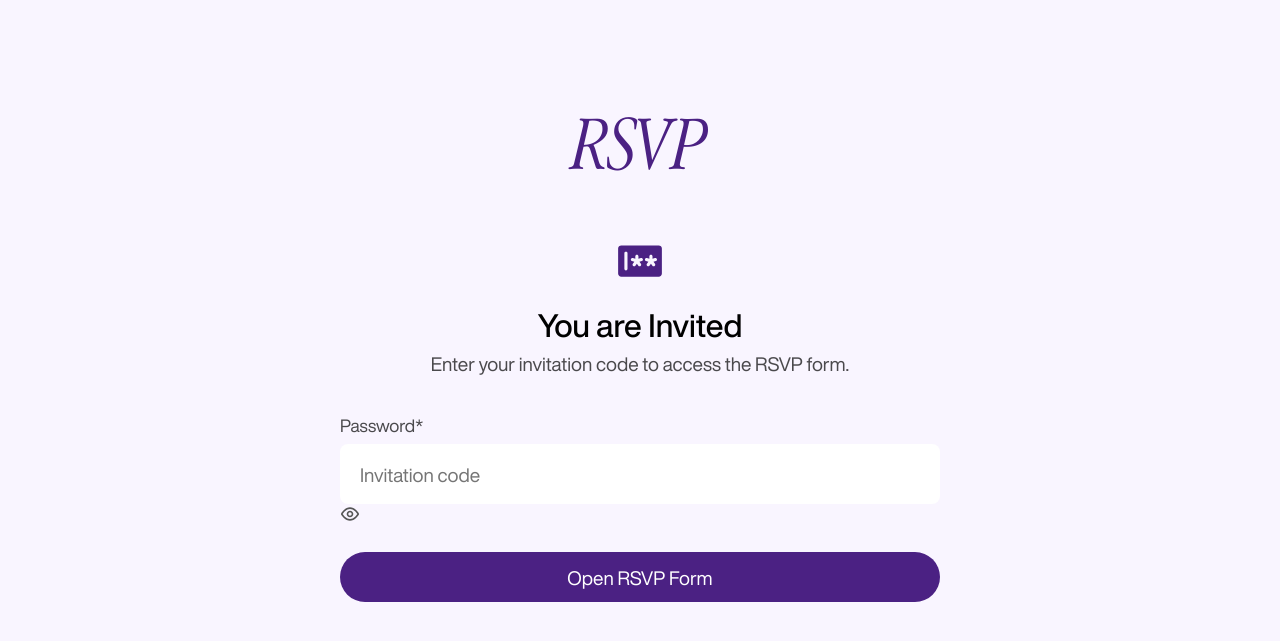
Repository: lafami2026/lafami2026
Page: /
These files come from the project's save history. The page is drawn as it stood at one moment and after a run of saves; the edit follows.
The browser window is 1280 px wide. The pictures show the whole page.
The project was rebuilt for these pictures with package versions that can differ from the ones it lists, and the page was loaded fresh each time. The framework's server and built-in components were replaced by stand-ins that run in the browser. Also part of the build but not shown: next.config.ts, styles/HomePage/forminput.module.scss, components/FormInput.tsx, utils/Icons/DoubleLove.tsx, components/AttendanceRadio.tsx, components/RSVPBox.tsx, utils/Icons/EyeOff.tsx.

Above is the page before, as saved 2026-06-01 13:50:29.

### app/layout.tsx
import type { Metadata } from "next";
import localFont from "next/font/local";
import "../styles/globals.scss";

const regular = localFont({
  src: "./fonts/HelveticaNowDisplay-Regular.ttf",
  variable: "--regular-font",
});

const medium = localFont({
  src: "./fonts/HelveticaNowDisplay-Medium.ttf",
  variable: "--medium-font",
});

const bold = localFont({
  src: "./fonts/HelveticaNowDisplay-Bold.ttf",
  variable: "--bold-font",
});

const garamond = localFont({
  src: "./fonts/AppleGaramond-LightItalic.ttf",
  variable: "--garamond-font",
});

const corsiva = localFont({
  src: "./fonts/Monotype-Corsiva-Regular.ttf",
  variable: "--corsiva-font",
});

export const metadata: Metadata = {
  title: "La FaMi",
  description: "Generated by create next app",
};

export default function RootLayout({
  children,
}: Readonly<{
  children: React.ReactNode;
}>) {
  return (
    <html
      lang="en"
      className={`${regular.variable} ${medium.variable} ${bold.variable} ${garamond.variable} ${corsiva.variable}`}
    >
      <body>{children}</body>
    </html>
  );
}

### app/page.tsx
import Image from "next/image";
import { HomePageWrapper } from "@/components";

export default function Home() {
  return <HomePageWrapper />;
}

### styles/globals.scss
/*=============== VARIABLES SCSS ===============*/
:root {
  --purple: #4B2183;
  --lightpurple: #F9F5FF;
  --text-color: rgba(0,0,0,0.7);
  --body-color: #ffffff;

  /*========== Font and typography ==========*/
  /*.5rem = 8px | 1rem = 16px ...*/

  --70-font-size: 4.5rem;
  --50-font-size: 3.25rem;
  --40-font-size: 2.85rem;
  --30-font-size: 2rem;
  --20-font-size: 1.4rem;
  --normal-font-size: 1.2rem;
  --small-font-size: 0.8rem;
  --smaller-font-size: 0.7rem;
}

/* Responsive typography */
@media screen and (max-width: 1088px) {
  :root {
    --70-font-size: 3.75rem;
    --50-font-size: 2.9rem;
    --40-font-size: 2.25rem;
    --30-font-size: 1.5rem;
    --20-font-size: 1.25rem;
    --normal-font-size: 1.1rem;
    --small-font-size: 0.7rem;
    --smaller-font-size: 0.6rem;
  }
}

@media screen and (max-width: 628px) {
  :root {
    --70-font-size: 3.25rem;
    --50-font-size: 2.5rem;
    --40-font-size: 1.75rem;
    --30-font-size: 1.35rem;
    --20-font-size: 1.125rem;
    --normal-font-size: 1rem;
    --small-font-size: 0.65rem;
    --smaller-font-size: 0.55rem;
  }
}

/*=============== BASE ===============*/
* {
  box-sizing: border-box;
  padding: 0;
  margin: 0;
  scrollbar-width: none;

  &::-webkit-scrollbar {
    display: none;
  }
}

html {
  scroll-behavior: auto;
  height: auto;
}

body,
button,
input,
textarea,
select {
  font-family: var(--regular-font);
  font-size: var(--normal-font-size);
}

body {
  background-color: var(--body-color);
  color: var(--text-color);
}

a {
  text-decoration: none;
}

button {
  cursor: pointer;
  border: none;
  outline: none;
}

img {
  max-width: 100%;
  height: auto;
}

/*=============== REUSABLE CSS CLASSES ===============*/
.container {
  max-width: 1300px;
  margin: 0 auto;
  position: relative;
}


.section {
  padding: 6rem 0 3rem;
}

@media screen and (max-width: 1024px) {
  .section {
    padding: 5rem 0 2rem;
  }
}

@media screen and (max-width: 540px) {
  .section {
    padding: 4rem 0 1.5rem;
  }
}

@media screen and (max-width: 1300px) {
  .container {
    max-width: 100%;
    margin: 0 2.5rem;
  }
}

@media screen and (max-width: 1088px) {
  .container {
    max-width: 100%;
    margin: 0 1.5rem;
  }
}

@media screen and (max-width: 628px) {
  .container {
    max-width: 100%;
    margin: 0 1.2rem;
  }
}

@media screen and (max-width: 380px) {
  .container {
    max-width: 100%;
    margin: 0 1rem;
  }
}

//Lenis Scroll
html.lenis {
  height: auto;
}

.lenis.lenis-smooth {
  scroll-behavior: auto !important;
}

.lenis.lenis-smooth [data-lenis-prevent] {
  overscroll-behavior: contain;
}

.lenis.lenis-stopped {
  overflow: hidden;
}

.lenis.lenis-scrolling iframe {
  pointer-events: none;
}

### components/index.ts
import HomePageWrapper from "./HomePageWrapper";

export { HomePageWrapper };

### components/HomePageWrapper.tsx
"use client";

import React, { useEffect } from "react";
import Lenis from "lenis";
import HeroSection from "./HeroSection";
import HomeInvite from "./HomeInvite";
import HomeBlue from "./HomeBlue";
import StoryImage from "./StoryImage";
import OurStory from "./OurStory";
import Marquee from "./Marquee";
import RoundImage from "./RoundImage";
import Gifts from "./Gifts";
import Schedule from "./Schedule";
import Footer from "./Footer";
import RSVP from "./RSVP";

const HomePageWrapper = () => {
  //Smooth Scroll
  useEffect(() => {
    const lenisInstance = new Lenis({
      duration: 1.2,
    });

    function raf(time: number) {
      lenisInstance.raf(time);
      requestAnimationFrame(raf);
    }

    requestAnimationFrame(raf);
  }, []);

  return (
    <>
      {/* <HeroSection />
      <HomeInvite />
      <HomeBlue />
      <StoryImage image="DSC09793_jb6afq.jpg" objectPosition="50% 38%"/>
      <OurStory/>
      <Marquee/>
      <RoundImage image="DSC09890_m4kh1w.jpg"/>
      <Gifts/>
      <StoryImage image="DSC09671_cdeuiy.jpg" objectPosition="50% 25%"/>
      <Schedule/>
      <Footer/> */}
      <RSVP/>
    </>
  );
};

export default HomePageWrapper;

### components/RSVP.tsx
"use client";

import React, { useState, useEffect } from "react";
import RSVPBox from "./RSVPBox";
import PasswordGate from "./PasswordGate";
import styles from "../styles/HomePage/rsvp.module.scss";

const RSVP = () => {
  const [unlocked, setUnlocked] = useState<boolean>(false);

  useEffect(() => {
    if (sessionStorage.getItem("rsvp_unlocked") === "true") {
      setUnlocked(true);
    }
  }, []);

  return (
    <div className={styles.rsvp}>
      <div className={`container ${styles.rsvp__container}`}>
        <div className={styles.rsvp__wrapper}>
          <h3 className={styles.osw__h3}>RSVP</h3>
          {unlocked ? (
            <div className={styles.contact}>
              <RSVPBox />
            </div>
          ) : (
            <PasswordGate onUnlock={() => setUnlocked(true)} />
          )}
        </div>
      </div>
    </div>
  );
};

export default RSVP;

### components/PasswordGate.tsx
"use client";

import { useState, useRef } from "react";
import PasswordIcon from "@/utils/Icons/PasswordIcon";
import Eye from "@/utils/Icons/Eye";
import EyeOff from "@/utils/Icons/EyeOff";
import styles from "../styles/HomePage/rsvp.module.scss";

interface PasswordGateProps {
  onUnlock: () => void;
}

export interface VerifyPasswordResponse {
  success: boolean;
  message?: string;
}

export default function PasswordGate({ onUnlock }: PasswordGateProps) {
  const [password, setPassword] = useState<string>("");
  const [error, setError] = useState<string>("");
  const [loading, setLoading] = useState<boolean>(false);

  const handleSubmit = async (
    e: React.SyntheticEvent<HTMLFormElement>
  ): Promise<void> => {
    e.preventDefault();
    setLoading(true);
    setError("");

    try {
      const res = await fetch("/api/verify-password", {
        method: "POST",
        headers: { "Content-Type": "application/json" },
        body: JSON.stringify({ password }),
      });

      const data = (await res.json()) as VerifyPasswordResponse;

      if (data.success) {
        sessionStorage.setItem("rsvp_unlocked", "true");
        onUnlock();
      } else {
        setError(data.message ?? "Incorrect code. Please try again.");
      }
    } catch {
      setError("Something went wrong. Please try again.");
    } finally {
      setLoading(false);
    }
  };

  //ShowPassword
  const [show, setShow] = useState(false);
  const inputRef = useRef<HTMLInputElement | null>(null);

  const toggle = () => {
    setShow((s) => !s);
    // keep focus on the input after toggling
    inputRef.current?.focus();
  };

  return (
    <div className={styles.password__wrap}>
      <div className={styles.psvg}>
        <PasswordIcon />
      </div>
      <h2 className={styles.in__h3}>You are Invited</h2>
      <p className={styles.in__p}>
        Enter your invitation code to access the RSVP form.
      </p>
      <form
        onSubmit={handleSubmit}
        autoComplete="off"
        className={styles.former}
      >
        <div className={styles.pass__wrap}>
          <span className={styles.label}>Password*</span>
          <div className={styles.pass__eye}>
            <input
              type={show ? "text" : "password"}
              placeholder="Invitation code"
              value={password}
              onChange={(e) => setPassword(e.target.value)}
              className={styles.form__in}
            />
            <div className={styles.eye}>{show ? <EyeOff /> : <Eye />}</div>
          </div>
          {error && <p className={styles.error}>{error}</p>}
        </div>
        <button type="submit" disabled={loading} className={styles.pass__but}>
          {loading ? "Checking..." : "Open RSVP Form"}
        </button>
      </form>
    </div>
  );
}

### styles/HomePage/rsvp.module.scss
.rsvp {
  width: 100%;
  height: auto;
  padding: 6rem 0 5rem;
  background-color: var(--lightpurple);
}

.rsvp__wrapper {
  width: 50%;
  height: auto;
  display: flex;
  flex-direction: column;
  align-items: center;
  gap: 3rem;
  margin: 0 auto;
}

.osw__h3 {
  font-family: var(--garamond-font);
  color: var(--purple);
  font-size: calc(var(--70-font-size) + 0.5rem);
  font-weight: 200;
}

.contact {
  width: 100%;
}

.formWrapper {
  width: 100%;
  height: auto;
}

.form {
  width: 100%;
  height: auto;
  display: flex;
  flex-direction: column;
  align-items: center;
  gap: 2rem;
}

.form__form {
  display: flex;
  flex-direction: column;
  align-items: flex-start;
  gap: 2.5rem;
  width: 100%;
}

.attending {
  display: flex;
  flex-direction: column;
  gap: 1.25rem;

  input[type="radio"] {
    width: 20px;
    height: 20px;
    accent-color: var(--purple); // changes the selected dot color
  }
}

.label {
  font-size: calc(var(--normal-font-size) - 0.1rem);
  font-family: var(--normal-font);
  letter-spacing: 2%;
}

.ticking {
  display: flex;
  align-items: center;
  gap: 3rem;
}

.option {
  display: flex;
  align-items: center;
  gap: 0.75rem;
  color: black;
}

.ticker {
  width: 24px;
  height: 24px;
  border-radius: 24px;
  display: grid;
  place-items: center;
  overflow: hidden;
  border: 1px solid var(--purple);
  background-color: white;
  cursor: pointer;
}

.tick {
  width: 16px;
  height: 16px;
  background-color: var(--purple);
  border-radius: 100%;
  opacity: 0;
}

.error {
  font-size: calc(var(--normal-font-size) - 0.125rem);
  color: rgb(255, 0, 0);
  margin-top: -0.2rem;
}

.button {
  padding: 0.8rem 1.5rem;
  background-color: var(--purple);
  color: white;
  display: flex;
  align-items: center;
  gap: 0.7rem;
  border-radius: 50px;
  margin-top: 2rem;
  border: 1px solid transparent;
  cursor: pointer;
  transition: all 0.5s ease;
}

.svg {
  width: 24px;
  height: auto;
  margin-top: 0.25rem;

  svg {
    width: 100%;
    height: auto;

    path {
      fill: white;
      transition: all 0.5s ease;
    }
  }
}

//Password Gate
.password__wrap{
  width: 100%;
  height: auto;
  display: flex;
  flex-direction: column;
  gap: 0.5rem;
  align-items: center;
}

.psvg{
  width: 50px;
  height: auto;

  svg{
    width: 100%;
    height: auto;
  }
}

.in__h3{
  font-size: var(--30-font-size);
  font-family: var(--medium-font);
  font-weight: 200;
  color: black;
  margin-top: 0.5rem;
}

.in__p{
  letter-spacing: 1%;
}

.former{
  width: 100%;
  display: flex;
  flex-direction: column;
  gap: 1.5rem;
  margin-top: 2rem;
}

.pass__wrap{
  display: flex;
  width: 100%;
  flex-direction: column;
  align-items: flex-start;
  gap: 0.5rem
}

.pass__eye{
  width: 100%;
  position: relative;
}

.form__in {
  width: 100%;
  height: 60px;
  outline: none;
  background-color: white !important;
  padding: 0 0 0 1.25rem;
  border: none;
  color: black;
  border-radius: 8px;

  &:focus {
    border: 1px solid #6f20e1;
  }

  &:invalid[data-focused="true"] {
    border: 1px solid red;
  }

  &:invalid[data-focused="true"] ~ .error {
    display: block;
  }
}

.label {
  font-size: calc(var(--normal-font-size) - 0.1rem);
  text-transform: capitalize;
  font-family: var(--normal-font);
  letter-spacing: 2%;
}

.pass__but{
  width: 100%;
  background-color: var(--purple);
  color: white;
  height: 50px;
  border-radius: 50px;
}

### utils/Icons/PasswordIcon.tsx
import React from "react";

const PasswordIcon = () => {
  return (
    <svg
      width="12"
      height="12"
      viewBox="0 0 12 12"
      fill="none"
      xmlns="http://www.w3.org/2000/svg"
    >
      <g clipPath="url(#clip0_2948_165)">
        <path
          d="M10.5 2.25H1.5C1.30109 2.25 1.11032 2.32902 0.96967 2.46967C0.829018 2.61032 0.75 2.80109 0.75 3V9C0.75 9.19891 0.829018 9.38968 0.96967 9.53033C1.11032 9.67098 1.30109 9.75 1.5 9.75H10.5C10.6989 9.75 10.8897 9.67098 11.0303 9.53033C11.171 9.38968 11.25 9.19891 11.25 9V3C11.25 2.80109 11.171 2.61032 11.0303 2.46967C10.8897 2.32902 10.6989 2.25 10.5 2.25ZM9.58969 6.68953C9.61865 6.72954 9.63945 6.77487 9.65089 6.82292C9.66234 6.87097 9.66421 6.9208 9.6564 6.96957C9.64858 7.01835 9.63124 7.0651 9.60536 7.10717C9.57947 7.14924 9.54556 7.1858 9.50555 7.21477C9.46553 7.24373 9.42021 7.26453 9.37216 7.27597C9.32411 7.28742 9.27428 7.28929 9.2255 7.28148C9.17673 7.27366 9.12997 7.25632 9.0879 7.23044C9.04583 7.20455 9.00928 7.17064 8.98031 7.13062L8.625 6.63797L8.26734 7.13062C8.20885 7.21143 8.12065 7.2657 8.02215 7.28148C7.92365 7.29725 7.82292 7.27326 7.74211 7.21477C7.6613 7.15627 7.60704 7.06807 7.59126 6.96957C7.57548 6.87107 7.59948 6.77034 7.65797 6.68953L8.01609 6.19734L7.43672 6.00984C7.3899 5.99445 7.34658 5.97 7.30922 5.93786C7.27186 5.90573 7.24119 5.86655 7.21897 5.82257C7.17409 5.73374 7.16634 5.63072 7.19742 5.53617C7.21281 5.48936 7.23727 5.44603 7.2694 5.40867C7.30154 5.37131 7.34071 5.34064 7.3847 5.31842C7.47353 5.27355 7.57655 5.26579 7.67109 5.29688L8.25 5.48438V4.875C8.25 4.77554 8.28951 4.68016 8.35983 4.60984C8.43016 4.53951 8.52554 4.5 8.625 4.5C8.72446 4.5 8.81984 4.53951 8.89017 4.60984C8.96049 4.68016 9 4.77554 9 4.875V5.48438L9.57891 5.29688C9.62572 5.28149 9.67511 5.27547 9.72425 5.27916C9.77339 5.28286 9.82132 5.2962 9.8653 5.31842C9.90929 5.34064 9.94846 5.37131 9.9806 5.40867C10.0127 5.44603 10.0372 5.48936 10.0526 5.53617C10.068 5.58299 10.074 5.63237 10.0703 5.68151C10.0666 5.73065 10.0533 5.77858 10.031 5.82257C10.0088 5.86655 9.97814 5.90573 9.94078 5.93786C9.90342 5.97 9.8601 5.99445 9.81328 6.00984L9.23391 6.19734L9.58969 6.68953ZM6.21469 6.68953C6.24365 6.72954 6.26445 6.77487 6.27589 6.82292C6.28734 6.87097 6.28921 6.9208 6.2814 6.96957C6.27358 7.01835 6.25624 7.0651 6.23036 7.10717C6.20447 7.14924 6.17056 7.1858 6.13055 7.21477C6.09053 7.24373 6.04521 7.26453 5.99716 7.27597C5.94911 7.28742 5.89928 7.28929 5.8505 7.28148C5.80173 7.27366 5.75497 7.25632 5.7129 7.23044C5.67083 7.20455 5.63428 7.17064 5.60531 7.13062L5.25 6.63797L4.89234 7.13062C4.83385 7.21143 4.74565 7.2657 4.64715 7.28148C4.54865 7.29725 4.44792 7.27326 4.36711 7.21477C4.2863 7.15627 4.23204 7.06807 4.21626 6.96957C4.20048 6.87107 4.22448 6.77034 4.28297 6.68953L4.64109 6.19734L4.06172 6.00984C4.0149 5.99445 3.97158 5.97 3.93422 5.93786C3.89686 5.90573 3.86619 5.86655 3.84397 5.82257C3.79909 5.73374 3.79134 5.63072 3.82242 5.53617C3.83781 5.48936 3.86227 5.44603 3.8944 5.40867C3.92654 5.37131 3.96571 5.34064 4.0097 5.31842C4.09853 5.27355 4.20155 5.26579 4.29609 5.29688L4.875 5.48438V4.875C4.875 4.77554 4.91451 4.68016 4.98484 4.60984C5.05516 4.53951 5.15054 4.5 5.25 4.5C5.34946 4.5 5.44484 4.53951 5.51516 4.60984C5.58549 4.68016 5.625 4.77554 5.625 4.875V5.48438L6.20391 5.29688C6.25072 5.28149 6.30011 5.27547 6.34925 5.27916C6.39839 5.28286 6.44632 5.2962 6.4903 5.31842C6.53429 5.34064 6.57346 5.37131 6.6056 5.40867C6.63773 5.44603 6.66219 5.48936 6.67758 5.53617C6.69297 5.58299 6.69899 5.63237 6.69529 5.68151C6.69159 5.73065 6.67825 5.77858 6.65603 5.82257C6.63381 5.86655 6.60314 5.90573 6.56578 5.93786C6.52842 5.97 6.4851 5.99445 6.43828 6.00984L5.85891 6.19734L6.21469 6.68953ZM3 4.125V7.875C3 7.97446 2.96049 8.06984 2.89016 8.14017C2.81984 8.21049 2.72446 8.25 2.625 8.25C2.52554 8.25 2.43016 8.21049 2.35984 8.14017C2.28951 8.06984 2.25 7.97446 2.25 7.875V4.125C2.25 4.02554 2.28951 3.93016 2.35984 3.85984C2.43016 3.78951 2.52554 3.75 2.625 3.75C2.72446 3.75 2.81984 3.78951 2.89016 3.85984C2.96049 3.93016 3 4.02554 3 4.125Z"
          fill="#4B2183"
        />
      </g>
      <defs>
        <clipPath id="clip0_2948_165">
          <rect width="12" height="12" fill="white" />
        </clipPath>
      </defs>
    </svg>
  );
};

export default PasswordIcon;

### utils/Icons/Eye.tsx
import React from "react";

const Eye = () => {
  return (
    <svg
      width="20"
      height="20"
      viewBox="0 0 20 20"
      fill="none"
      xmlns="http://www.w3.org/2000/svg"
    >
      <path
        fill-rule="evenodd"
        clip-rule="evenodd"
        d="M5.25098 12.9811C3.98169 11.8905 3.07509 10.644 2.64977 10.0002C3.07509 9.35633 3.98169 8.10981 5.25098 7.01928C6.56144 5.89337 8.17954 5.00016 9.99975 5.00016C11.82 5.00016 13.4382 5.89337 14.7486 7.01928C16.0179 8.10981 16.9245 9.35633 17.3498 10.0002C16.9245 10.644 16.0179 11.8905 14.7486 12.9811C13.4382 14.107 11.82 15.0002 9.99975 15.0002C8.17954 15.0002 6.56144 14.107 5.25098 12.9811ZM9.99975 3.3335C7.6227 3.3335 5.63073 4.49568 4.16485 5.75512C2.69365 7.01913 1.67273 8.44816 1.21965 9.14166C0.877305 9.66558 0.877305 10.3347 1.21965 10.8587C1.67273 11.5522 2.69365 12.9812 4.16485 14.2452C5.63073 15.5047 7.6227 16.6668 9.99975 16.6668C12.3768 16.6668 14.3688 15.5047 15.8348 14.2452C17.3059 12.9812 18.3268 11.5522 18.7799 10.8587C19.1223 10.3347 19.1223 9.66558 18.7799 9.14166C18.3268 8.44816 17.3059 7.01913 15.8348 5.75512C14.3688 4.49568 12.3768 3.3335 9.99975 3.3335ZM8.33309 10.0002C8.33309 9.07966 9.07934 8.3335 9.99975 8.3335C10.9203 8.3335 11.6664 9.07966 11.6664 10.0002C11.6664 10.9207 10.9203 11.6668 9.99975 11.6668C9.07934 11.6668 8.33309 10.9207 8.33309 10.0002ZM9.99975 6.66683C8.15884 6.66683 6.66645 8.15921 6.66645 10.0002C6.66645 11.8411 8.15884 13.3335 9.99975 13.3335C11.8408 13.3335 13.3331 11.8411 13.3331 10.0002C13.3331 8.15921 11.8408 6.66683 9.99975 6.66683Z"
        fill="#555555"
      />
    </svg>
  );
};

export default Eye;

After the next 2 saves:
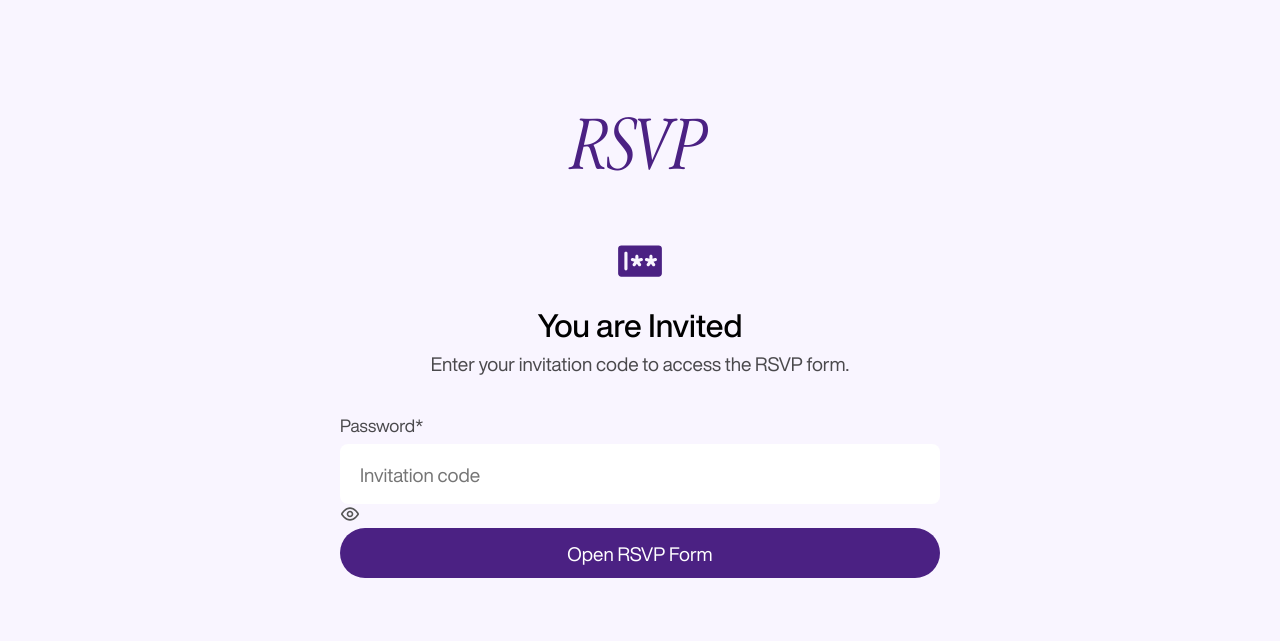
The 2 saves are shown as one change because 1 did not build or start.
The last was saved 18 s later.
--- a/styles/HomePage/rsvp.module.scss
+++ b/styles/HomePage/rsvp.module.scss
@@ -225,3 +225,7 @@
   height: 50px;
   border-radius: 50px;
 }
+
+.eye{
+  position: absolute;
+}
